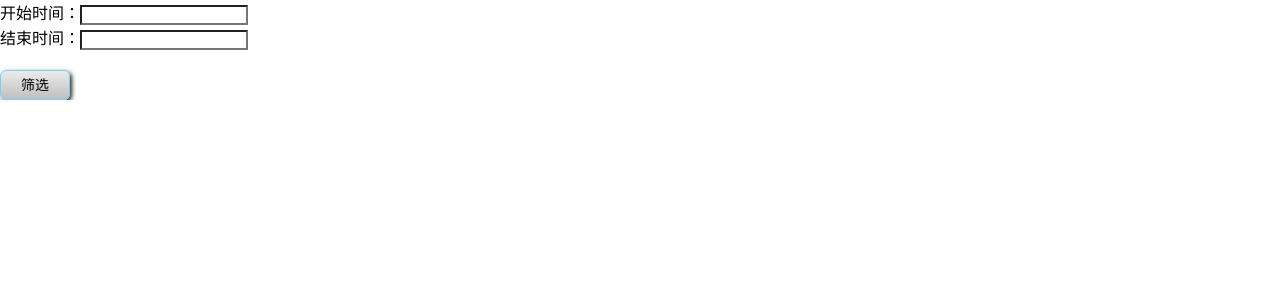
Repository: ruanhuabin/IntelliEyeShade
Page: http://localhost/IntelliEyeShade/statistics/statistics_filter.jsp
The author's editor kept a copy of each file at every save. The page is drawn from the files as they stood at one save, then again after the next save.
The browser window is 1280 px wide. The pictures show the whole page.
The page is served by Tomcat 9. Nobody is signed in. The application's start-up code is not run. Other server files are loaded and not shown.

Above is the page before, as saved 2016-11-21 08:15:24.

### IntelliEyeShade/WebRoot/statistics/statistics_filter.jsp
<%@ page language="java" import="java.util.*" contentType="text/html; charset=utf-8" %>
<%@ taglib prefix="s" uri="/struts-tags"%>
<%
String path = request.getContextPath();
String basePath = request.getScheme()+"://"+request.getServerName()+":"+request.getServerPort()+path+"/";
%>
<!DOCTYPE html>
<html>
	<meta http-equiv="content-type" content="text/html;charset=UTF-8">
	<link rel="stylesheet" type="text/css" href="../css/default.css" />
<style type="text/css">
* {
    background: none repeat scroll 0 0 transparent;
    border: 1 none;
    margin: 0;
    padding: 0;
    vertical-align: baseline;
	font-family:微软雅黑;
	overflow:hidden;
}
#navi{
	width:100%;
	position:relative;
	word-wrap:break-word;
	border-bottom:1px solid #065FB9;
	margin:0;
	padding:0;
	height:40px;
	line-height:40px;
	vertical-align:middle;
    background-image: -moz-linear-gradient(top,#EBEBEB, #BFBFBF);
    background-image: -webkit-gradient(linear, left top, left bottom, color-stop(0, #EBEBEB),color-stop(1,
#BFBFBF));
}
#naviDiv{
	font-size:14px;
	color:#333;
	padding-left:10px;
}
#tips{
	margin-top:10px;
	width:100%;
	height:40px;
}
#buttonGroup{
	padding-left:10px;
	float:left;
	height:35px;
}
.button{
	margin-top:20px;
	padding-left:10px;
	padding-right:10px;
	font-size:14px;
	width:70px;
	height:30px;
	line-height:30px;
	vertical-align:middle;
	text-align:center;
	cursor:pointer;
    border-color: #77D1F6;
    border-width: 1px;
    border-style: solid;
    border-radius: 6px 6px;
    -moz-box-shadow: 2px 2px 4px #282828;
    -webkit-box-shadow: 2px 2px 4px #282828;
    background-image: -moz-linear-gradient(top,#EBEBEB, #BFBFBF);
    background-image: -webkit-gradient(linear, left top, left bottom, color-stop(0, #EBEBEB),color-stop(1, #BFBFBF));
}
#mainContainer{
	padding-left:10px;
	padding-right:10px;
	text-align:left;
	width:98%;
	font-size:16px;
}
</style>
<body>
<script type="text/javascript" src="../js/Calendar3.js"></script>
<form name="filter" action="<%=path%>/statistics/Statistics_query.action" method="post">
开始时间：<input name="starttime" type="text" id="control_date" size="20"
      maxlength="10" onclick="new Calendar().show(this);" readonly="readonly" />
<br>
结束时间：<input name="endtime" type="text" id="control_date" size="20"
      maxlength="10" onclick="new Calendar().show(this);" readonly="readonly" />
<br>
<input class="button" type="submit" value="筛选"/>
</form>

  </body>
</html>

### IntelliEyeShade/WebRoot/css/default.css
/* 基本样式 */


/* 去掉图片、表单边框 */
img, form {
	margin:0;
	padding:0;
	border:0;
}

/* 超链接 */
a {
	text-decoration: none;
}
a:link, a:visited {
	color:#063685;
	text-decoration:none;
}
a:hover, a:active {
	color:#FF5500;
	text-decoration:underline;
}

/* 表格 */
table.default {
	border:1px solid #0283c5;
	border-collapse:collapse;
	margin-top:5px;
}
table.default td, table.default tr.style1 td {
	padding:2 5 2 5;
	height:26px;
	border:1px solid #ffffff;
}
table.default tr, table.default tr.style1{
	background-color:#f0f0f0;
}
table.default tr.style0{
	background-color:#dfdfdf;
}
table.default tr.title td, table.default tr.ltitle td {
	font-weight:bold;
	background:#0283c5;
	color:#ffffff;
	border:1px solid #ffffff;
	white-space:nowrap;
	height:26px;
	line-height:26px;
	vertical-align:middle;
}
table.default tr.ltitle td {
	text-align:left;
}
table.default tr.title td {
	text-align:center;
	line-height:26px;
	vertical-align:middle;
}
table.default tr.subtitle td ,table.default tr.lsubtitle td {
	font-weight:bold;
	background:#69f;
	color:#ffffff;
	border:1px solid #ffffff;
	white-space:nowrap;
	height:26px;
	line-height:26px;
	vertical-align:middle;
}
table.default tr.lsubtitle td {
	text-align:left;
}
table.default tr.subtitle td {
	text-align:center;
}

table.default tr.strong td {
	font-weight:bold;
	background:#DDD;
}

table.default tr.stronghl td {
	font-weight:bold;
	background:#FFCC99;
	text-align:center;
}

table.default tr.hl td {
	background:#ffffcc/*#FFFF99*/;
}

table.default td.item {
	font-weight:bold;
	color:#333333;
	text-align:right;
}

table.default td.text {
	line-height:150%;
}

table.default td.opt {
	background:#FFFF99;
	padding-right:10px;
}

table.explain {
	margin-top:5px;
	margin-bottom:5px;
}
table.explain td {
	font-family:宋体;
	font-size:12px;
	border:1px solid #333333;
	background:#f0f0f0;
	padding:8px;
	line-height:120%;
}

table.pages {
	border:0;
}
table.pages td {
	height:26px;
}

table.reswb {
	border:1px solid #0283c5;
	border-collapse:collapse;
	margin-top:10px;
}

table.reswb tr.title td {
	padding:2 5 2 5;
	font-weight:bold;
	background:#0283c5;
	color:#ffffff;
	border:1px solid #ffffff;
	white-space:nowrap;
	height:26px;
	line-height:26px;
	vertical-align:middle;
}

table.default tr.list{
	text-align: center;
	line-height:26px;
	vertical-align:middle;
}

/* 普通信息 */
div.info {
	padding:5px 5px 5px 2px;
	margin-top:10px;
}

/* 前台导航用 */
.tdnormal {
	border-bottom:1px solid white;
}

.tdselected {
	border:1px solid white;
	border-bottom:0;
	font-weight:bold;
}
.navtab td {
	height:30px;
	color:white;
	font-size:9pt;
	text-align:center;
}
a.navbar, a.navbar:visited, a.navbar:active {text-decoration: none;color:#FFF;}
a.navbar:hover {text-decoration: underline;color:#FFF;}


/* 错误信息 */
.errorBox {
	border:1px solid #ff0000;
	padding:5px;
	background:#FFCCCC;
}
.errorMessage {
	color:#cc0000;
}
ul {
	margin-left:30px;
	margin-top:0;
	margin-bottom:0;
}

/* 分页页码样式 */
.selectedPage {
	border:1px solid #999999;
	background:#ffffcc;
	color:#000000;
	padding:0 3px 2px 3px;
}
.noSelectedPage {
	padding:0 3px 0 3px;
}
a.page {
	font-size:12px;
	text-decoration: none;
}
a.page:link, a.page:visited {
	color:#0044DD;
	text-decoration:none;
}
a.page:hover, a.page:active {
	color:#FF5500;
	text-decoration:none;
}

/* 表单元素样式 */
.input_text {
	width:200px;
	margin-right:5px;
}
.notNull {
	color:red;
}
.notice {
	color:#20A8F0;
}

/* 后台任务链接样式 */
a.navlink {
	font-family:宋体;
	height:25px;
	font-weight:normal;
	letter-spacing:1px;
	padding:4 5 0 5;
	background:#e0e0e0;
	border:2px outset;
	FILTER: progid:DXImageTransform.Microsoft.Gradient(GradientType=0, StartColorStr=#ffffff, EndColorStr=#20A8F0);
}

a.navlink {text-decoration: none;color:#000000;}
a.navlink:visited {text-decoration: none;color:#000000;}
a.navlink:active {text-decoration: none;color:#0044DD;}
a.navlink:hover {text-decoration: none;color:#FF5500;}

/* 操作按钮 */
div.oper {
	margin:5px;
	text-align:right;
}

div.oper input {
	margin-left:5px;
	margin-right:5px;
}

/* 背景色 */
.fbg {
	background:#065FB9;
}
.bbg {
	background:#04477C;
}

/* tooltip */
/*
span.tip {
	cursor:default;
}
#tooltip {
	position: absolute;
	z-index: 3000;
	border: 1px solid #111;
	background-color: #eee;
	padding: 5px;
	opacity: 0.85;
}
#tooltip h3, #tooltip div {
	font-size:12px;
	margin: 0;
}
*/

/* 特殊高亮文本 */
span.spec {
	color:#003399;
}

/* 特殊灰色文本 */
span.gray {
	color:#666;
}

/* 黄色背景 */
.bg1 {
	background:#FFCC99;/*#FFFF99;*/
}

/* 绿色背景 */
.bg2 {
	background:#99CC99;
}

/* 文章样式 */

div.title {
	font-size:16px;
	font-weight:bold;
	background:#FFFF99;
	border-bottom:2px solid #000;
	padding:5px;
	margin-bottom:10px;
}

div.content {
	font-size:14px;
	line-height:150%;
}

div.faq-q {
	padding:5px;
	background:#DDD;
	font-weight:bold;
}

div.faq-a {
	padding:5px;
	line-height:150%;
	font-size:16px;
}

/* 问卷样式 */
.option {
	margin-right:10px;
}

.answer {
	background:#060;
	color:white;
	font-weight:bold;
	padding:2px;
}

table.stat {
	border-collapse:collapse;
}
table.stat td {
	border:0;
	padding-left:20px;
}
hr.percent {
	height:10px;
	color:#093;
	border:1px solid black;
}

td.indent {
	padding-left:10px;
}

#page_explain {
	display:none;
}

#navDiv {
	color:#333;
	padding-left:10px;
	line-height:30px;
	background:#CCFF99;
	border-bottom:1px solid #065FB9;
	height:30px;
	padding-top:6px;
}
/*--------分页样式-----------*/
.pager-top {
    overflow:hidden;
    padding:5px 10px 0;
    color:#333333;
    font-family:Tahoma,Verdana,sans-serif,simsun;
    font-size:12px;
    margin-top:10px;
    border-bottom:1px solid #D8DFEA;
}
.pager-top span {
    float:left;
    padding-bottom:6px;
}
.pagerpro {
    float:right;
    list-style-image:none;
    list-style-position:outside;
    list-style-type:none;
    margin:0;
    padding:0;
}
.pagerpro li {
    display:inline;
    float:left;
}
.pagerpro li a.chn {
    font-size:12px;
}
.pagerpro li a {
    display:block;
    font-size:11px;
    padding:3px 3px 2px;
    color:#005EAC;
    text-decoration:none;
}
.pagerpro li a.chn:hover {
    border-bottom:1px solid #005EAC;
}
.pagerpro li a:hover {
    background:#005EAC none repeat scroll 0 0;
    border-bottom:2px solid #005EAC;
    border-color:#D8DFEA #D8DFEA #005EAC;
    color:#FFFFFF;
    text-decoration:none;
}
.pagerpro li.current a, .pagerpro li.current a:hover {
    background:transparent none repeat scroll 0 0;
    border-bottom:2px solid #005EAC;
    border-color:#005EAC;
    color:#005EAC;
    font-weight:700;
    padding-left:2px;
    padding-right:2px;
}
.marquee_txt{
	font-size:12px;
	font-family:"微软雅黑";
	margin-top:5px;
	margin-left:auto;
    margin-right:auto;
    width:222px;
}

### IntelliEyeShade/WebRoot/js/Calendar3.js

/////////////////////////调用实例
//        <div>
//                <span>交易查询：</span> <span>从
//                    <input name="control_date" type="text" id="control_date" size="10"
//                        maxlength="10" onclick="new Calendar().show(this);" readonly="readonly" />
//                    <input type="button" name="button" id="button" value="button" onclick="new Calendar().show(this.form.control_date);" /></span>
//                <span>至
//                    <input name="control_date2" type="text" id="control_date2" size="10"
//                        maxlength="10" onclick="new Calendar().show(this);" readonly="readonly" />
//                    <input type="button" name="button" id="button1" value="button" onclick="new Calendar().show(this.form.control_date2);" /></span>

//        </div>


/**
 * Calendar
 * @param   beginYear           1990
 * @param   endYear             2010
 * @param   language            0(zh_cn)|1(en_us)|2(en_en)|3(zh_tw)
 * @param   patternDelimiter    "-"
 * @param   date2StringPattern  "yyyy-MM-dd"
 * @param   string2DatePattern  "ymd"
 * @version 1.0 build 2006-04-01
 * @version 1.1 build 2006-12-17
 * @author  KimSoft (jinqinghua [at] gmail.com)
 * NOTE!    you can use it free, but keep the copyright please
 * IMPORTANT:you must include this script file inner html body elment
 */
function Calendar(beginYear, endYear, language, patternDelimiter, date2StringPattern, string2DatePattern) {
	this.beginYear = beginYear || 1990;
	this.endYear   = endYear   || 2020;
	this.language  = language  || 0;
	this.patternDelimiter = patternDelimiter     || "-";
	this.date2StringPattern = date2StringPattern || Calendar.language["date2StringPattern"][this.language].replace(/\-/g, this.patternDelimiter);
	this.string2DatePattern = string2DatePattern || Calendar.language["string2DatePattern"][this.language];

	this.dateControl = null;
	this.panel  = this.getElementById("__calendarPanel");
	this.iframe = window.frames["__calendarIframe"];
	this.form   = null;

	this.date = new Date();
	this.year = this.date.getFullYear();
	this.month = this.date.getMonth();

	this.colors = {"bg_cur_day":"#00CC33","bg_over":"#EFEFEF","bg_out":"#FFCC00"}
};

Calendar.language = {
	"year"   : ["\u5e74", "", "", "\u5e74"],
	"months" : [
				["\u4e00\u6708","\u4e8c\u6708","\u4e09\u6708","\u56db\u6708","\u4e94\u6708","\u516d\u6708","\u4e03\u6708","\u516b\u6708","\u4e5d\u6708","\u5341\u6708","\u5341\u4e00\u6708","\u5341\u4e8c\u6708"],
				["JAN","FEB","MAR","APR","MAY","JUN","JUL","AUG","SEP","OCT","NOV","DEC"],
				["JAN","FEB","MAR","APR","MAY","JUN","JUL","AUG","SEP","OCT","NOV","DEC"],
				["\u4e00\u6708","\u4e8c\u6708","\u4e09\u6708","\u56db\u6708","\u4e94\u6708","\u516d\u6708","\u4e03\u6708","\u516b\u6708","\u4e5d\u6708","\u5341\u6708","\u5341\u4e00\u6708","\u5341\u4e8c\u6708"]
				],
	"weeks"  : [["\u65e5","\u4e00","\u4e8c","\u4e09","\u56db","\u4e94","\u516d"],
				["Sun","Mon","Tur","Wed","Thu","Fri","Sat"],
				["Sun","Mon","Tur","Wed","Thu","Fri","Sat"],
				["\u65e5","\u4e00","\u4e8c","\u4e09","\u56db","\u4e94","\u516d"]
		],
	"clear"  : ["\u6e05\u7a7a", "Clear", "Clear", "\u6e05\u7a7a"],
	"today"  : ["\u4eca\u5929", "Today", "Today", "\u4eca\u5929"],
	"close"  : ["\u5173\u95ed", "Close", "Close", "\u95dc\u9589"],
	"date2StringPattern" : ["yyyy-MM-dd", "yyyy-MM-dd", "yyyy-MM-dd", "yyyy-MM-dd"],
	"string2DatePattern" : ["ymd","ymd", "ymd", "ymd"]
};

Calendar.prototype.draw = function() {
	calendar = this;

	var _cs = [];
	_cs[_cs.length] = '<form id="__calendarForm" name="__calendarForm" method="post">';
	_cs[_cs.length] = '<table id="__calendarTable" width="100%" border="0" cellpadding="3" cellspacing="1" align="center">';
	_cs[_cs.length] = ' <tr>';
	_cs[_cs.length] = '  <th><input class="l" name="goPrevMonthButton" type="button" id="goPrevMonthButton" value="&lt;" \/><\/th>';
	_cs[_cs.length] = '  <th colspan="5"><select class="year" name="yearSelect" id="yearSelect"><\/select><select class="month" name="monthSelect" id="monthSelect"><\/select><\/th>';
	_cs[_cs.length] = '  <th><input class="r" name="goNextMonthButton" type="button" id="goNextMonthButton" value="&gt;" \/><\/th>';
	_cs[_cs.length] = ' <\/tr>';
	_cs[_cs.length] = ' <tr>';
	for(var i = 0; i < 7; i++) {
		_cs[_cs.length] = '<th class="theader">';
		_cs[_cs.length] = Calendar.language["weeks"][this.language][i];
		_cs[_cs.length] = '<\/th>';
	}
	_cs[_cs.length] = '<\/tr>';
	for(var i = 0; i < 6; i++){
		_cs[_cs.length] = '<tr align="center">';
		for(var j = 0; j < 7; j++) {
			switch (j) {
				case 0: _cs[_cs.length] = '<td class="sun">&nbsp;<\/td>'; break;
				case 6: _cs[_cs.length] = '<td class="sat">&nbsp;<\/td>'; break;
				default:_cs[_cs.length] = '<td class="normal">&nbsp;<\/td>'; break;
			}
		}
		_cs[_cs.length] = '<\/tr>';
	}
	_cs[_cs.length] = ' <tr>';
	_cs[_cs.length] = '  <th colspan="2"><input type="button" class="b" name="clearButton" id="clearButton" \/><\/th>';
	_cs[_cs.length] = '  <th colspan="3"><input type="button" class="b" name="selectTodayButton" id="selectTodayButton" \/><\/th>';
	_cs[_cs.length] = '  <th colspan="2"><input type="button" class="b" name="closeButton" id="closeButton" \/><\/th>';
	_cs[_cs.length] = ' <\/tr>';
	_cs[_cs.length] = '<\/table>';
	_cs[_cs.length] = '<\/form>';

	this.iframe.document.body.innerHTML = _cs.join("");
	this.form = this.iframe.document.forms["__calendarForm"];

	this.form.clearButton.value = Calendar.language["clear"][this.language];
	this.form.selectTodayButton.value = Calendar.language["today"][this.language];
	this.form.closeButton.value = Calendar.language["close"][this.language];

	this.form.goPrevMonthButton.onclick = function () {calendar.goPrevMonth(this);}
	this.form.goNextMonthButton.onclick = function () {calendar.goNextMonth(this);}
	this.form.yearSelect.onchange = function () {calendar.update(this);}
	this.form.monthSelect.onchange = function () {calendar.update(this);}

	this.form.clearButton.onclick = function () {calendar.dateControl.value = "";calendar.hide();}
	this.form.closeButton.onclick = function () {calendar.hide();}
	this.form.selectTodayButton.onclick = function () {
		var today = new Date();
		calendar.date = today;
		calendar.year = today.getFullYear();
		calendar.month = today.getMonth();
		calendar.dateControl.value = today.format(calendar.date2StringPattern);
		calendar.hide();
	}
};

Calendar.prototype.bindYear = function() {
	var ys = this.form.yearSelect;
	ys.length = 0;
	for (var i = this.beginYear; i <= this.endYear; i++){
		ys.options[ys.length] = new Option(i + Calendar.language["year"][this.language], i);
	}
};

Calendar.prototype.bindMonth = function() {
	var ms = this.form.monthSelect;
	ms.length = 0;
	for (var i = 0; i < 12; i++){
		ms.options[ms.length] = new Option(Calendar.language["months"][this.language][i], i);
	}
};

Calendar.prototype.goPrevMonth = function(e){
	if (this.year == this.beginYear && this.month == 0){return;}
	this.month--;
	if (this.month == -1) {
		this.year--;
		this.month = 11;
	}
	this.date = new Date(this.year, this.month, 1);
	this.changeSelect();
	this.bindData();
};

Calendar.prototype.goNextMonth = function(e){
	if (this.year == this.endYear && this.month == 11){return;}
	this.month++;
	if (this.month == 12) {
		this.year++;
		this.month = 0;
	}
	this.date = new Date(this.year, this.month, 1);
	this.changeSelect();
	this.bindData();
};

Calendar.prototype.changeSelect = function() {
	var ys = this.form.yearSelect;
	var ms = this.form.monthSelect;
	for (var i= 0; i < ys.length; i++){
		if (ys.options[i].value == this.date.getFullYear()){
			ys[i].selected = true;
			break;
		}
	}
	for (var i= 0; i < ms.length; i++){
		if (ms.options[i].value == this.date.getMonth()){
			ms[i].selected = true;
			break;
		}
	}
};

Calendar.prototype.update = function (e){
	this.year  = e.form.yearSelect.options[e.form.yearSelect.selectedIndex].value;
	this.month = e.form.monthSelect.options[e.form.monthSelect.selectedIndex].value;
	this.date = new Date(this.year, this.month, 1);
	this.changeSelect();
	this.bindData();
};

Calendar.prototype.bindData = function () {
	var calendar = this;
	var dateArray = this.getMonthViewDateArray(this.date.getFullYear(), this.date.getMonth());
	var tds = this.getElementsByTagName("td", this.getElementById("__calendarTable", this.iframe.document));
	for(var i = 0; i < tds.length; i++) {
  		tds[i].style.backgroundColor = calendar.colors["bg_over"];
		tds[i].onclick = null;
		tds[i].onmouseover = null;
		tds[i].onmouseout = null;
		tds[i].innerHTML = dateArray[i] || "&nbsp;";
		if (i > dateArray.length - 1) continue;
		if (dateArray[i]){
			tds[i].onclick = function () {
				if (calendar.dateControl){
					calendar.dateControl.value = new Date(calendar.date.getFullYear(),
														calendar.date.getMonth(),
														this.innerHTML).format(calendar.date2StringPattern);
				}
				calendar.hide();
			}
			tds[i].onmouseover = function () {this.style.backgroundColor = calendar.colors["bg_out"];}
			tds[i].onmouseout  = function () {this.style.backgroundColor = calendar.colors["bg_over"];}
			var today = new Date();
			if (today.getFullYear() == calendar.date.getFullYear()) {
				if (today.getMonth() == calendar.date.getMonth()) {
					if (today.getDate() == dateArray[i]) {
						tds[i].style.backgroundColor = calendar.colors["bg_cur_day"];
						tds[i].onmouseover = function () {this.style.backgroundColor = calendar.colors["bg_out"];}
						tds[i].onmouseout  = function () {this.style.backgroundColor = calendar.colors["bg_cur_day"];}
					}
				}
			}
		}//end if
	}//end for
};

Calendar.prototype.getMonthViewDateArray = function (y, m) {
	var dateArray = new Array(42);
	var dayOfFirstDate = new Date(y, m, 1).getDay();
	var dateCountOfMonth = new Date(y, m + 1, 0).getDate();
	for (var i = 0; i < dateCountOfMonth; i++) {
		dateArray[i + dayOfFirstDate] = i + 1;
	}
	return dateArray;
};

Calendar.prototype.show = function (dateControl, popuControl) {
	if (this.panel.style.visibility == "visible") {
		this.panel.style.visibility = "hidden";
	}
	if (!dateControl){
		throw new Error("arguments[0] is necessary!")
	}
	this.dateControl = dateControl;
	popuControl = popuControl || dateControl;

	this.draw();
	this.bindYear();
	this.bindMonth();
	if (dateControl.value.length > 0){
		this.date  = new Date(dateControl.value.toDate(this.patternDelimiter, this.string2DatePattern));
		this.year  = this.date.getFullYear();
		this.month = this.date.getMonth();
	}
	this.changeSelect();
	this.bindData();

	var xy = this.getAbsPoint(popuControl);
	this.panel.style.left = xy.x + "px";
	this.panel.style.top = (xy.y + dateControl.offsetHeight) + "px";
	this.panel.style.visibility = "visible";
};

Calendar.prototype.hide = function() {
	this.panel.style.visibility = "hidden";
};

Calendar.prototype.getElementById = function(id, object){
	object = object || document;
	return document.getElementById ? object.getElementById(id) : document.all(id);
};

Calendar.prototype.getElementsByTagName = function(tagName, object){
	object = object || document;
	return document.getElementsByTagName ? object.getElementsByTagName(tagName) : document.all.tags(tagName);
};

Calendar.prototype.getAbsPoint = function (e){
	var x = e.offsetLeft;
	var y = e.offsetTop;
	while(e = e.offsetParent){
		x += e.offsetLeft;
		y += e.offsetTop;
	}
	return {"x": x, "y": y};
};

/**
 * @param   d the delimiter
 * @param   p the pattern of your date
 * @author  meizz
 * @author  kimsoft add w+ pattern
 */
Date.prototype.format = function(style) {
	var o = {
		"M+" : this.getMonth() + 1, //month
		"d+" : this.getDate(),      //day
		"h+" : this.getHours(),     //hour
		"m+" : this.getMinutes(),   //minute
		"s+" : this.getSeconds(),   //second
		"w+" : "\u65e5\u4e00\u4e8c\u4e09\u56db\u4e94\u516d".charAt(this.getDay()),   //week
		"q+" : Math.floor((this.getMonth() + 3) / 3),  //quarter
		"S"  : this.getMilliseconds() //millisecond
	}
	if (/(y+)/.test(style)) {
		style = style.replace(RegExp.$1, (this.getFullYear() + "").substr(4 - RegExp.$1.length));
	}
	for(var k in o){
		if (new RegExp("("+ k +")").test(style)){
			style = style.replace(RegExp.$1, RegExp.$1.length == 1 ? o[k] : ("00" + o[k]).substr(("" + o[k]).length));
		}
	}
	return style;
};

/**
 * @param d the delimiter
 * @param p the pattern of your date
 * @rebuilder kimsoft
 * @version build 2006.12.15
 */
String.prototype.toDate = function(delimiter, pattern) {
	delimiter = delimiter || "-";
	pattern = pattern || "ymd";
	var a = this.split(delimiter);
	var y = parseInt(a[pattern.indexOf("y")], 10);
	//remember to change this next century ;)
	if(y.toString().length <= 2) y += 2000;
	if(isNaN(y)) y = new Date().getFullYear();
	var m = parseInt(a[pattern.indexOf("m")], 10) - 1;
	var d = parseInt(a[pattern.indexOf("d")], 10);
	if(isNaN(d)) d = 1;
	return new Date(y, m, d);
};

document.writeln('<div id="__calendarPanel" style="position:absolute;visibility:hidden;z-index:9999;background-color:#FFFFFF;border:1px solid #666666;width:200px;height:216px;">');
document.writeln('<iframe name="__calendarIframe" id="__calendarIframe" width="100%" height="100%" scrolling="no" frameborder="0" style="margin:0px;"><\/iframe>');
var __ci = window.frames['__calendarIframe'];
__ci.document.writeln('<!DOCTYPE html PUBLIC "-\/\/W3C\/\/DTD XHTML 1.0 Transitional\/\/EN" "http:\/\/www.w3.org\/TR\/xhtml1\/DTD\/xhtml1-transitional.dtd">');
__ci.document.writeln('<html xmlns="http:\/\/www.w3.org\/1999\/xhtml">');
__ci.document.writeln('<head>');
__ci.document.writeln('<meta http-equiv="Content-Type" content="text\/html; charset=utf-8" \/>');
__ci.document.writeln('<title>Web Calendar(UTF-8) Written By KimSoft<\/title>');
__ci.document.writeln('<style type="text\/css">');
__ci.document.writeln('<!--');
__ci.document.writeln('body {font-size:12px;margin:0px;text-align:center;}');
__ci.document.writeln('form {margin:0px;}');
__ci.document.writeln('select {font-size:12px;background-color:#EFEFEF;}');
__ci.document.writeln('table {border:0px solid #CCCCCC;background-color:#FFFFFF}');
__ci.document.writeln('th {font-size:12px;font-weight:normal;background-color:#FFFFFF;}');
__ci.document.writeln('th.theader {font-weight:normal;background-color:#666666;color:#FFFFFF;width:24px;}');
__ci.document.writeln('select.year {width:64px;}');
__ci.document.writeln('select.month {width:60px;}');
__ci.document.writeln('td {font-size:12px;text-align:center;}');
__ci.document.writeln('td.sat {color:#0000FF;background-color:#EFEFEF;}');
__ci.document.writeln('td.sun {color:#FF0000;background-color:#EFEFEF;}');
__ci.document.writeln('td.normal {background-color:#EFEFEF;}');
__ci.document.writeln('input.l {border: 1px solid #CCCCCC;background-color:#EFEFEF;width:20px;height:20px;}');
__ci.document.writeln('input.r {border: 1px solid #CCCCCC;background-color:#EFEFEF;width:20px;height:20px;}');
__ci.document.writeln('input.b {border: 1px solid #CCCCCC;background-color:#EFEFEF;width:100%;height:20px;}');
__ci.document.writeln('-->');
__ci.document.writeln('<\/style>');
__ci.document.writeln('<\/head>');
__ci.document.writeln('<body>');
__ci.document.writeln('<\/body>');
__ci.document.writeln('<\/html>');
__ci.document.close();
document.writeln('<\/div>');
var calendar = new Calendar();
//-->

After the next save:
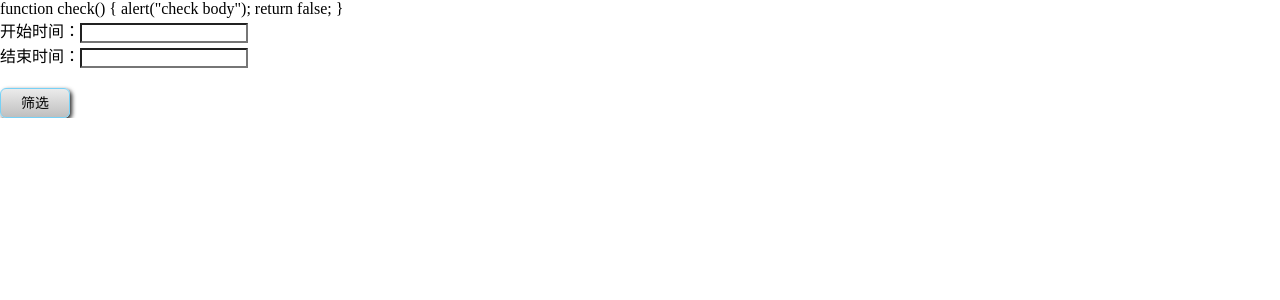
Saved 18 min 39 s later.
--- a/IntelliEyeShade/WebRoot/statistics/statistics_filter.jsp
+++ b/IntelliEyeShade/WebRoot/statistics/statistics_filter.jsp
@@ -75,6 +75,16 @@
 	font-size:16px;
 }
 </style>
+<head>
+
+function check()
+{
+	alert("check body");
+	return false;
+}
+</head>
+
+
 <body>
 <script type="text/javascript" src="../js/Calendar3.js"></script>
 <form name="filter" action="<%=path%>/statistics/Statistics_query.action" method="post">

After the save that followed:
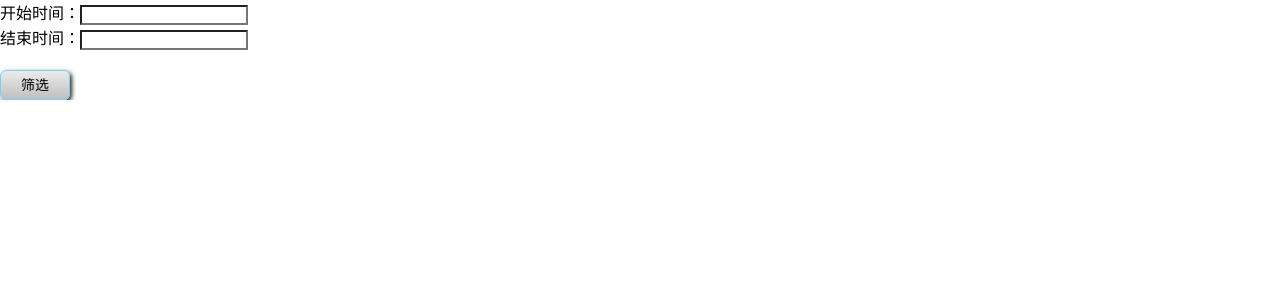
Saved 32 s later.
--- a/IntelliEyeShade/WebRoot/statistics/statistics_filter.jsp
+++ b/IntelliEyeShade/WebRoot/statistics/statistics_filter.jsp
@@ -77,11 +77,7 @@
 </style>
 <head>
 
-function check()
-{
-	alert("check body");
-	return false;
-}
+
 </head>
 
 
